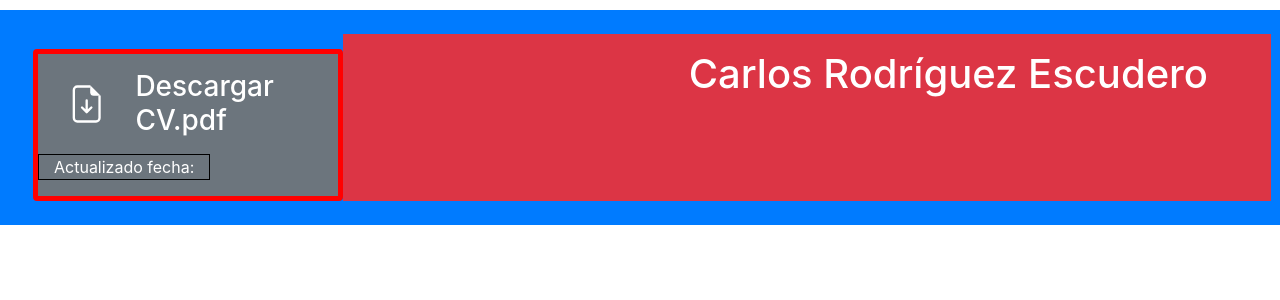
Repository: CarlosRoEs/CarlosWebCV
Page: index.html
An editor plug-in stored every save of this project. The page is shown before and after the next save, followed by the edit.
The browser window is 1280 px wide. The pictures show the whole page.
The style sheet was rebuilt from its Sass, Less or Tailwind sources for each picture, by a compiler version that may differ from the author's.

Above is the page before, as saved 2020-09-15 13:21:01.

### index.html
<!DOCTYPE html>
<html lang="es">

<head>
    <meta charset="UTF-8">
    <meta name="viewport" content="width=device-width, initial-scale=1.0">
    <title>Document</title>
    <link rel="stylesheet" href="bootstrap/css/bootstrap.min.css">
    <link rel="stylesheet" href="dist/header.css">
</head>

<body>

    <div class="container-fluid">
        <div class="row">
            <header id="header" class="col-12 bg-primary text-white p-4 pl-5">
                <div class="row d-flex flex-row flex-wrap justify-content-start">
                    <div class="col-3 d-flex flex-row flex-wrap">
                        <div class="row">
                            <a href="#" id="a-header" class="col-12 d-flex flex-row flex-wrap rounded bg-secondary">
                                <svg width="100px" height="100px" viewBox="0 0 16 16"
                                    class="bi bi-file-earmark-arrow-down col-3" fill="white"
                                    xmlns="http://www.w3.org/2000/svg">
                                    <path
                                        d="M4 0h5.5v1H4a1 1 0 0 0-1 1v12a1 1 0 0 0 1 1h8a1 1 0 0 0 1-1V4.5h1V14a2 2 0 0 1-2 2H4a2 2 0 0 1-2-2V2a2 2 0 0 1 2-2z" />
                                    <path d="M9.5 3V0L14 4.5h-3A1.5 1.5 0 0 1 9.5 3z" />
                                    <path fill-rule="evenodd"
                                        d="M8 6a.5.5 0 0 1 .5.5v3.793l1.146-1.147a.5.5 0 0 1 .708.708l-2 2a.5.5 0 0 1-.708 0l-2-2a.5.5 0 1 1 .708-.708L7.5 10.293V6.5A.5.5 0 0 1 8 6z" />
                                </svg>
                                <h3 id="h3-header" class="col-9 mt-3 text-left text-white">Descargar CV.pdf</h3>

                                <div class="row">
                                    <p class="col-12 text-white">Actualizado fecha:</p>
                                </div>
                            </a>
                        </div>
                    </div>
                    <div class="col-9 bg-danger d-flex justify-content-end">
                        <h1 class="mt-3 mr-5 align-items-center">Carlos Rodríguez Escudero</h1>
                    </div>
                </div>
            </header>
        </div>

    </div>

    <script type="text/javascript" src="jquery/jquery-3.5.1.min.js"></script>
    <script type="text/javascript" src="bootstrap/js/bootstrap.min.js"></script>
</body>

</html>

### Sass/header.scss
* {
    margin: 0px;
    padding: 0px;
}

#header {
    margin-top: 10px;
    p {
        border: 1px solid black;
    }

    #a-header {
        margin-top: 15px;
        border: 5px solid red;
    }
}

Loaded but not shown: bootstrap/css/bootstrap.min.css (library); jquery/jquery-3.5.1.min.js (library); bootstrap/js/bootstrap.min.js (library)

After the next save:
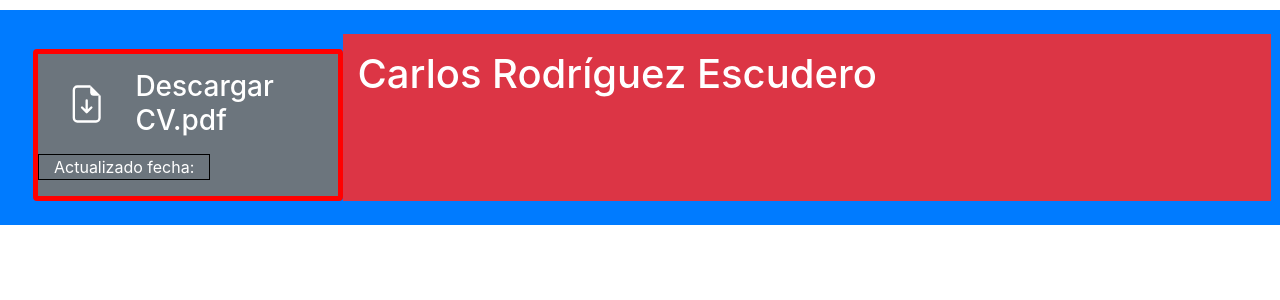
Saved 8 s later.
--- a/index.html
+++ b/index.html
@@ -35,7 +35,7 @@
                             </a>
                         </div>
                     </div>
-                    <div class="col-9 bg-danger d-flex justify-content-end">
+                    <div class="col-9 bg-danger">
                         <h1 class="mt-3 mr-5 align-items-center">Carlos Rodríguez Escudero</h1>
                     </div>
                 </div>

After the save that followed:
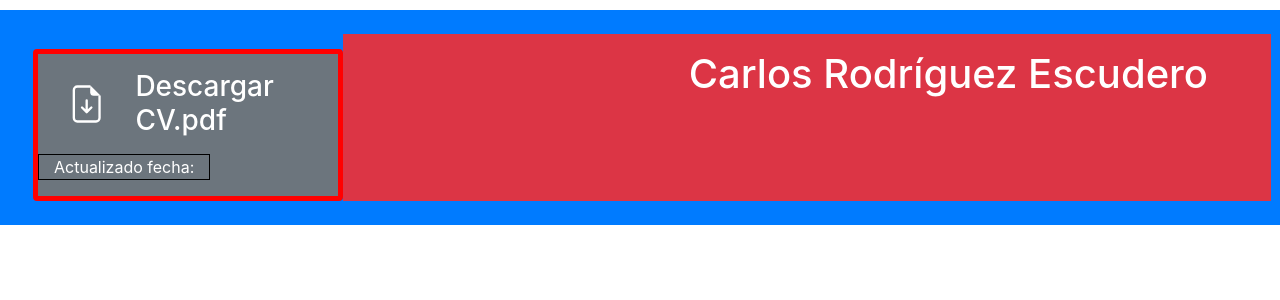
Saved 5 s later.
--- a/index.html
+++ b/index.html
@@ -35,7 +35,7 @@
                             </a>
                         </div>
                     </div>
-                    <div class="col-9 bg-danger">
+                    <div class="col-9 bg-danger d-flex justify-content-end">
                         <h1 class="mt-3 mr-5 align-items-center">Carlos Rodríguez Escudero</h1>
                     </div>
                 </div>
